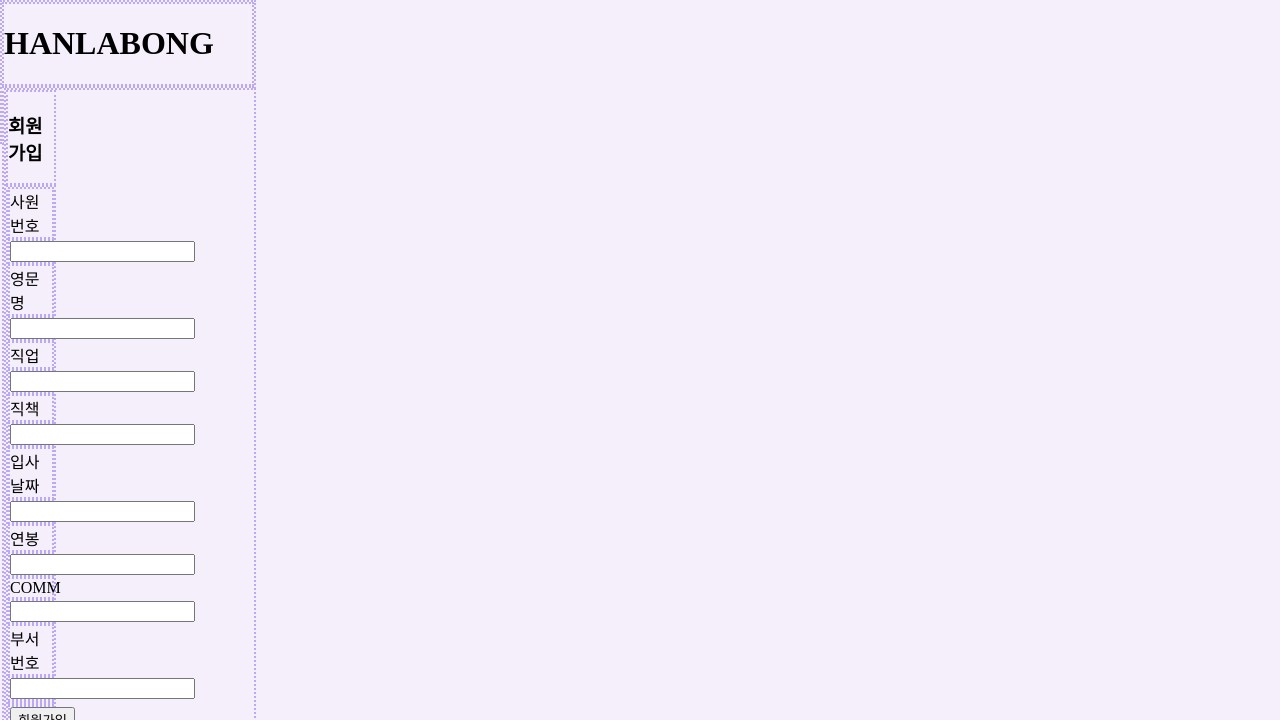
Repository: heyryoung/hanrabong
Page: http://localhost/hanrabong/facade.do
The author's editor kept a copy of each file at every save. The page is drawn from the files as they stood at one save, then again after the next save.
The browser window is 1280 px wide. The pictures show the whole page.
The page is served by Tomcat 9.

Above is the page before, as saved 2019-10-07 03:47:16.
Console error: ReferenceError: app is not defined

After the next save:
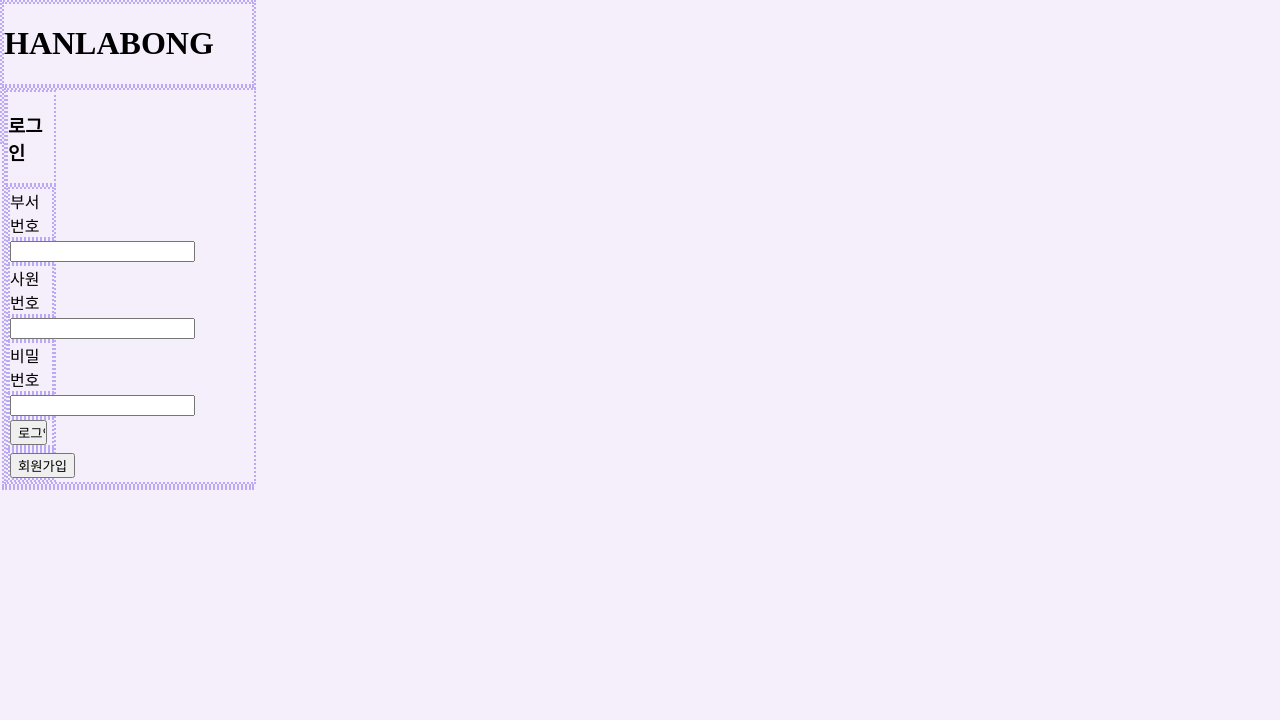
Saved 110 s later.
--- a/hanrabong/WebContent/WEB-INF/views/facade/main.jsp
+++ b/hanrabong/WebContent/WEB-INF/views/facade/main.jsp
@@ -5,7 +5,7 @@
 <div class = "container">
 	<div><h1 id = "main_text">HANLABONG</h1></div>
 	<div class = "content">
-	<jsp:include page = "join.jsp"/>
+
 	<c:choose>
 		<c:when test = "${page eq 'join'}">
 			<jsp:include page = "join.jsp"/>
